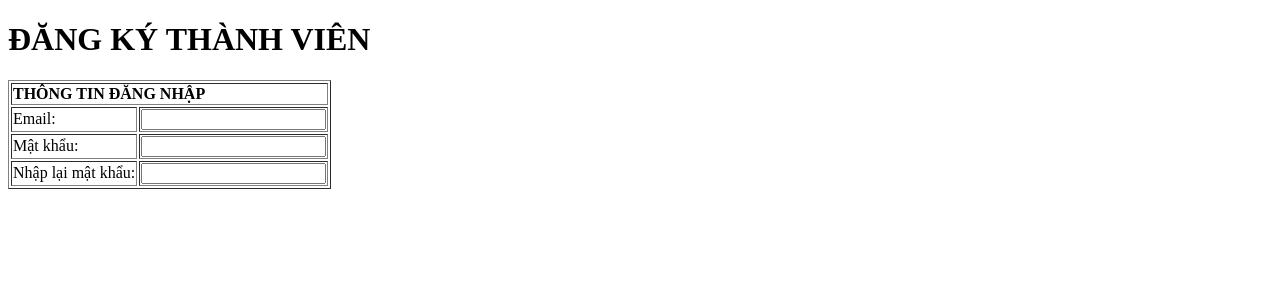
Repository: PhiKhongHoang/JSP-Servlet
Page: Bai2_HTML/src/main/webapp/register.html
These files come from the project's save history. The page is drawn as it stood at one moment and after the next save; the edit follows.
The browser window is 1280 px wide. The pictures show the whole page.

Above is the page before, as saved 2024-02-16 09:38:07.

### Bai2_HTML/src/main/webapp/register.html
<!DOCTYPE html>
<html>
<head>
<meta charset="UTF-8">
<title>Đăng ký</title>
</head>
<body>
	<h1>ĐĂNG KÝ THÀNH VIÊN</h1>
	<table border="1">
		<tbody>
			<tr>
				<td colspan="2"><b>THÔNG TIN ĐĂNG NHẬP</b></td>
			</tr>
			<tr>
				<td>Email:</td>
				 <td><input type="email" name="email" id="idEmail"></td>
			</tr>
			<tr>
				<td>Mật khẩu:</td>
				 <td><input type="password" name="password" id="idPassword"></td>
			</tr>
			<tr>
				<td>Nhập lại mật khẩu:</td>
				 <td><input type="password" name="re_password" id="idRe_Password"></td>
			</tr>
		</tbody>
	</table>
</body>
</html>

After the next save:
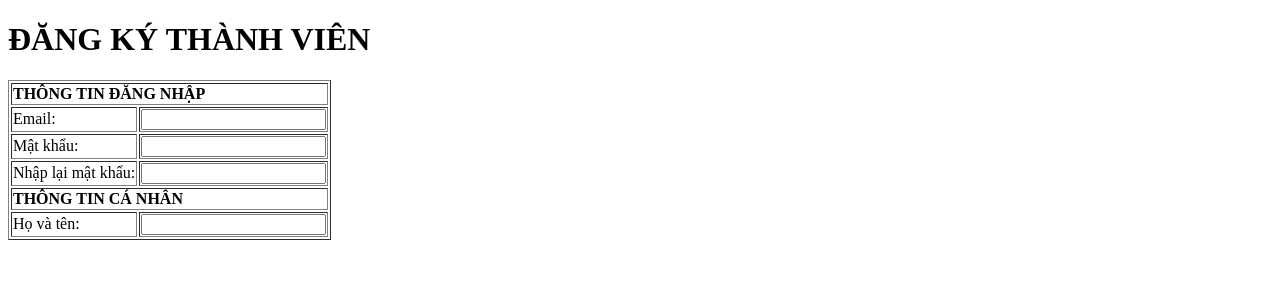
Saved 2 min 45 s later.
--- a/Bai2_HTML/src/main/webapp/register.html
+++ b/Bai2_HTML/src/main/webapp/register.html
@@ -23,6 +23,14 @@
 				<td>Nhập lại mật khẩu:</td>
 				 <td><input type="password" name="re_password" id="idRe_Password"></td>
 			</tr>
+
+			<tr>
+				<td colspan="2"><b>THÔNG TIN CÁ NHÂN</b></td>
+			</tr>
+			<tr>
+				<td>Họ và tên:</td>
+				<td><input type="text" name="name" id="idName"></td>
+			</tr>
 		</tbody>
 	</table>
 </body>
